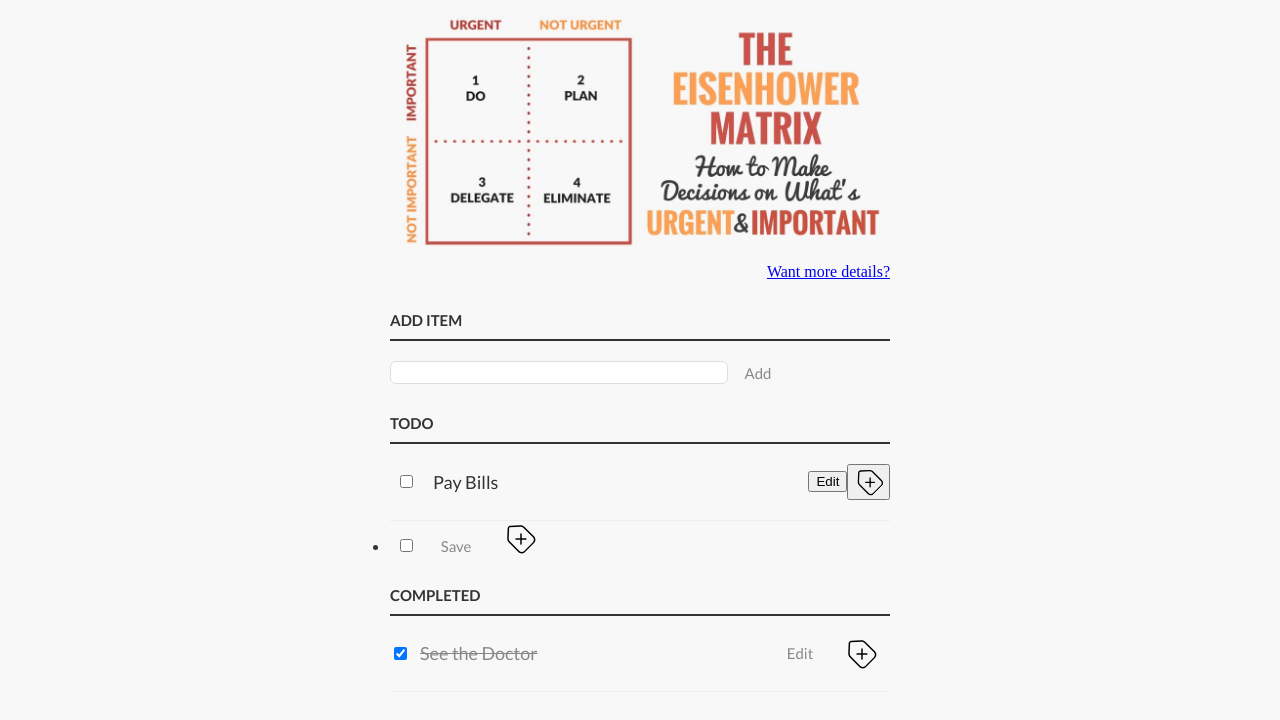
Repository: dev1siWoo/clean-code-s1e1
Page: index.html
These files come from the project's save history. The page is drawn as it stood at one moment and after the next save; the edit follows.
The browser window is 1280 px wide. The pictures show the whole page.

Above is the page before, as saved 2024-01-08 23:38:50.
Console error: TypeError: Cannot set properties of null (setting 'onchange')

After the next save:
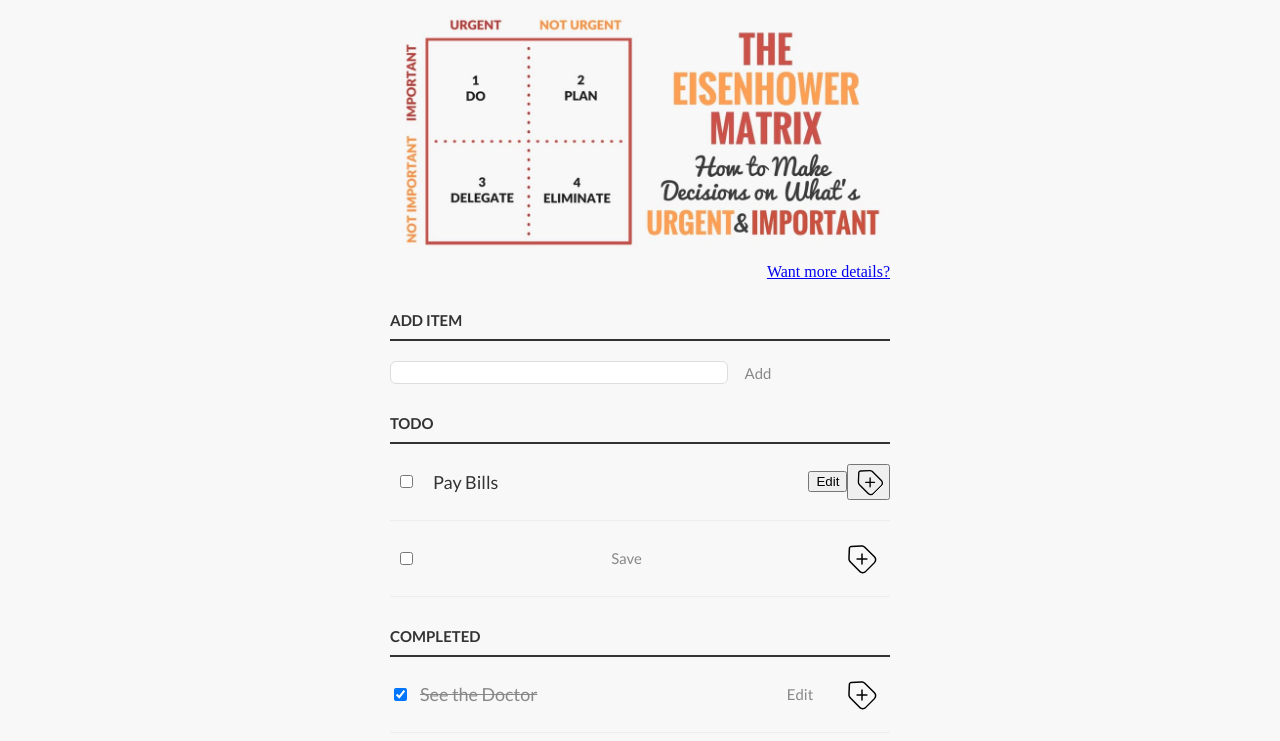
Saved 43 s later.
--- a/index.html
+++ b/index.html
@@ -37,7 +37,7 @@
                         <img class="button__img" src="./remove.svg" alt="delete button">
                     </button>
                 </li>
-                <li class="edit">
+                <li class="task edit">
                     <input class="mark" type="checkbox">
                     <label class="title">Go Shopping</label>
                     <input type="text" value="Go Shopping" class="task__input input_edit">
